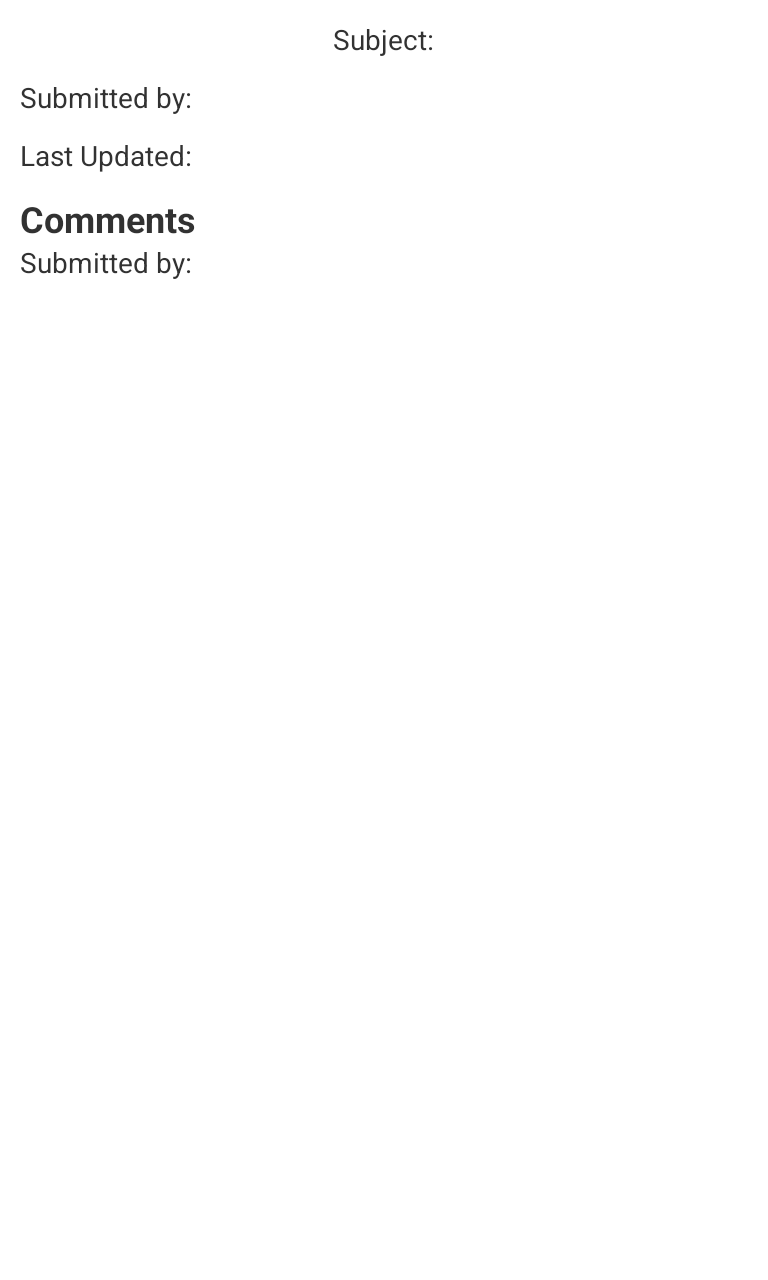
Repository: Pradeep-appstute/First
Layout: Control/res/layout/ticketdetails_view.xml
These files come from the project's save history. The layout is drawn as it stood at one moment and after the next save; the edit follows.
It is drawn on a 768 x 1280 px phone screen (xhdpi) without system bars, with theme AppTheme; the app's code is not run. Lists and similar views that code fills are empty.

Above is the layout before, as saved 2014-02-28 09:23:58.

### Control/res/layout/ticketdetails_view.xml
<?xml version="1.0" encoding="utf-8"?>
<LinearLayout xmlns:android="http://schemas.android.com/apk/res/android"
    android:layout_width="match_parent"
    android:layout_height="match_parent"
    android:orientation="vertical"
    android:padding="10dip" >

    <LinearLayout
        android:layout_width="match_parent"
        android:layout_height="wrap_content"
        android:layout_marginBottom="10dp"
        android:gravity="center_horizontal"
        android:orientation="horizontal" >

        <TextView
            android:layout_width="wrap_content"
            android:layout_height="wrap_content"
            android:text="@string/ticketdetails_subject" />

        <TextView
            android:id="@+id/textViewSubjectValue"
            android:layout_width="wrap_content"
            android:layout_height="wrap_content"
            android:text="" />
    </LinearLayout>

    <LinearLayout
        android:layout_width="match_parent"
        android:layout_height="wrap_content"
        android:layout_marginBottom="10dp"
        android:orientation="horizontal" >

        <TextView
            android:layout_width="wrap_content"
            android:layout_height="wrap_content"
            android:text="@string/ticketdetails_submittedby" />

        <TextView
            android:id="@+id/textViewSubmittedByValue"
            android:layout_width="wrap_content"
            android:layout_height="wrap_content"
            android:text="" />
    </LinearLayout>

    <LinearLayout
        android:layout_width="match_parent"
        android:layout_height="wrap_content"
        android:layout_marginBottom="10dp"
        android:orientation="horizontal" >

        <TextView
            android:layout_width="wrap_content"
            android:layout_height="wrap_content"
            android:text="@string/ticketdetails_lastupdated" />

        <TextView
            android:id="@+id/textViewLastUpdatedValue"
            android:layout_width="wrap_content"
            android:layout_height="wrap_content"
            android:text="" />
    </LinearLayout>

    <TextView
        android:layout_width="wrap_content"
        android:layout_height="wrap_content"
        android:text="@string/ticketdetails_comments"
        android:textSize="18dip"
        android:textStyle="bold" />

    <ListView
        android:id="@+id/listViewComment"
        android:layout_width="match_parent"
        android:layout_height="wrap_content" >
    </ListView>

    <LinearLayout
        android:layout_width="match_parent"
        android:layout_height="wrap_content"
        android:layout_marginBottom="10dp"
        android:orientation="horizontal" >

        <TextView
            android:layout_width="wrap_content"
            android:layout_height="wrap_content"
            android:text="@string/ticketdetails_submittedby" />

        <TextView
            android:id="@+id/textViewSubmittedByValue"
            android:layout_width="wrap_content"
            android:layout_height="wrap_content"
            android:text="" />
    </LinearLayout>

</LinearLayout>

### Control/res/values/strings.xml
<?xml version="1.0" encoding="utf-8"?>
<resources>

    <string name="app_name">Control</string>
    <string name="action_settings">Settings</string>
    <string name="Login">Login</string>
    <string name="forgotusername">Forgot Username</string>
    <string name="forgotpassword">Forgot Password</string>

    <!-- AlertDialog -->
    <string name="ok">OK</string>
    <string name="yes">YES</string>
    <string name="no">NO</string>
    <!-- Slider Menu -->
    <string name="emptystring">Control</string>
    <string name="textViewListHeaderMSG">MASERGY</string>

    <!-- Submit Screen -->
    <string name="name">Name:</string>
    <string name="email">Email:</string>
    <string name="phone">Phone:</string>
    <string name="subject">Subject:</string>
    <string name="bundle">Bundle:</string>
    <string name="description">Description:</string>
    <string name="createticket">Create Tciket</string>

    <!-- Ticket Detail Screen -->
    <string name="ticketdetails_subject">Subject:</string>
    <string name="ticketdetails_submittedby">Submitted by:</string>
    <string name="ticketdetails_lastupdated">Last Updated:</string>
    <string name="ticketdetails_comments">Comments</string>
    <string name="ticketdetails_next">Next</string>
    <string name="ticketdetails_prev">Prev</string>

</resources>

Loaded but not shown: Control/res/values/styles.xml (common file); Control/res/values-v11/styles.xml (common file); Control/res/values-v14/styles.xml (common file)

After the next save:
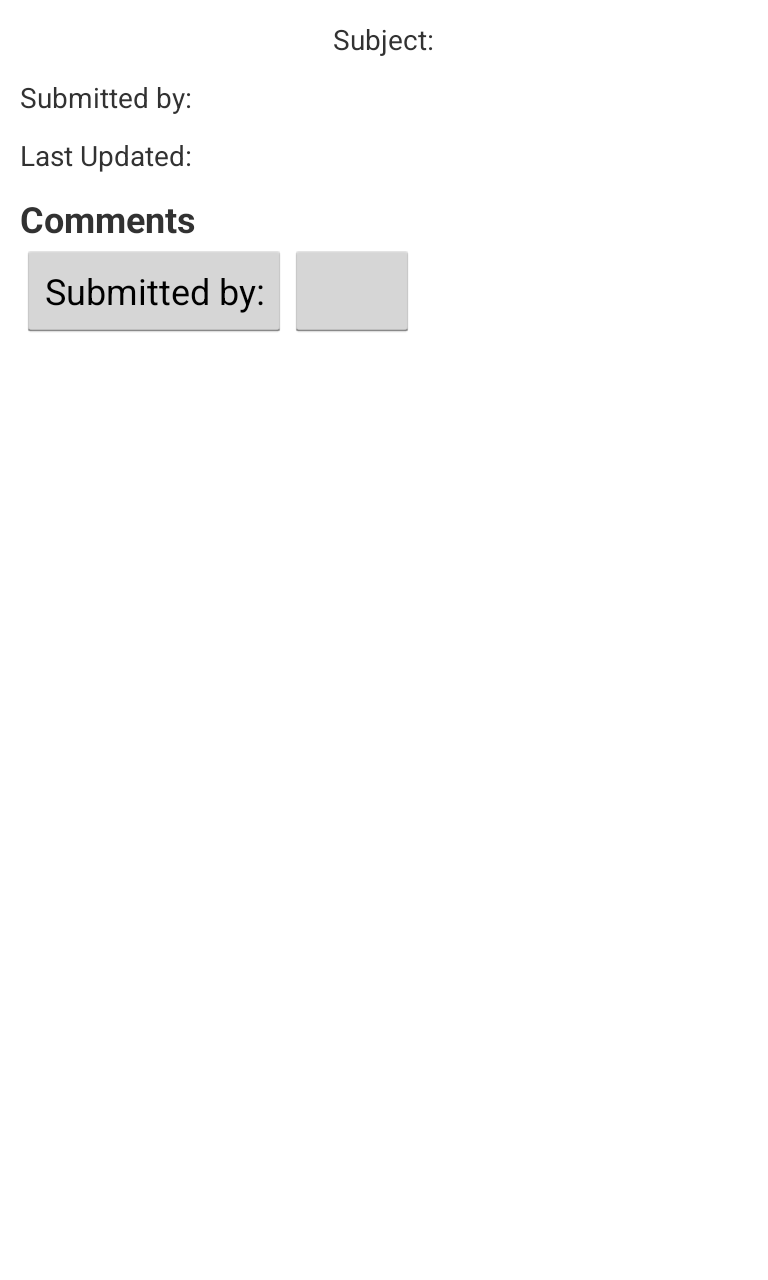
Saved 4 s later.
--- a/Control/res/layout/ticketdetails_view.xml
+++ b/Control/res/layout/ticketdetails_view.xml
@@ -79,12 +79,12 @@
         android:layout_marginBottom="10dp"
         android:orientation="horizontal" >
 
-        <TextView
+        <Button
             android:layout_width="wrap_content"
             android:layout_height="wrap_content"
             android:text="@string/ticketdetails_submittedby" />
 
-        <TextView
+        <Button
             android:id="@+id/textViewSubmittedByValue"
             android:layout_width="wrap_content"
             android:layout_height="wrap_content"
